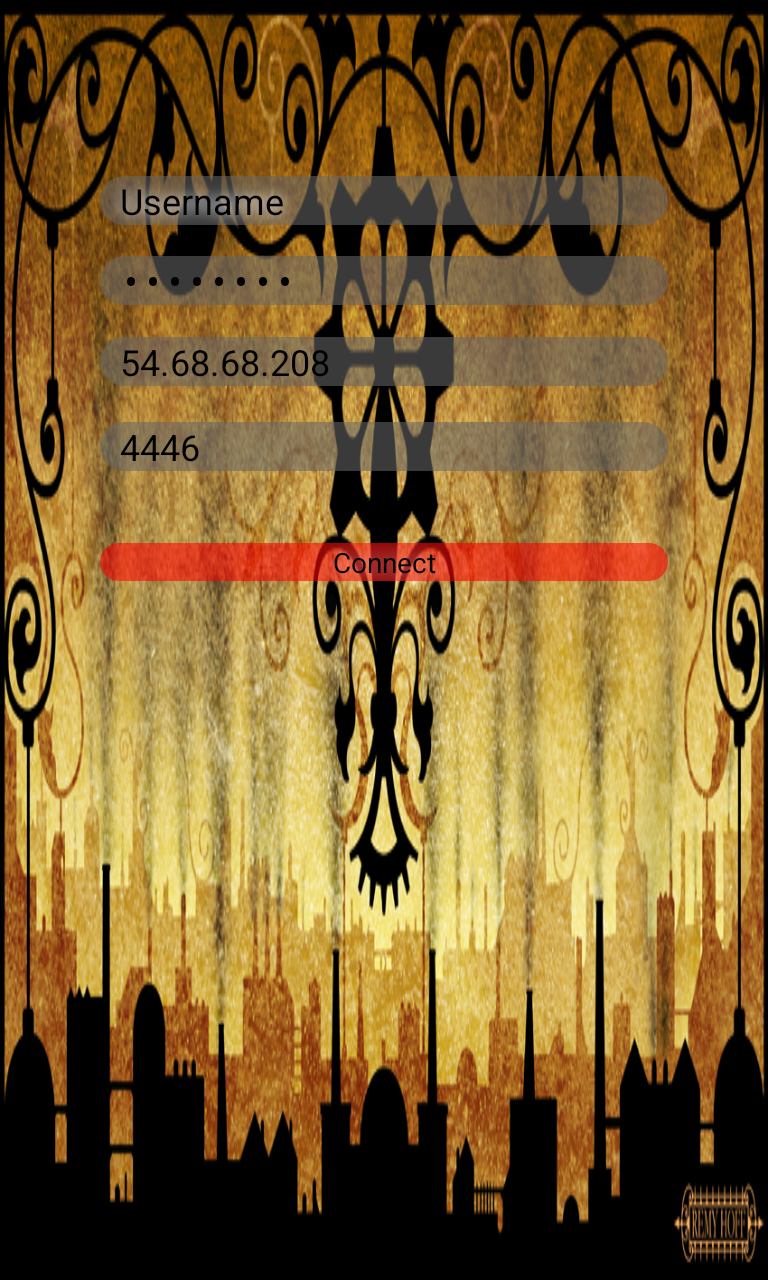
Repository: jkrepps/CSCE-482
Layout: Mobile Client (eclipse)/Industry of Deciet/res/layout/mains.xml
The author's editor kept a copy of each file at every save. The layout is drawn from the files as they stood at one save, then again after the next save.
It is drawn on a 768 x 1280 px phone screen (xhdpi) without system bars, with theme AppTheme; the app's code is not run.

Above is the layout before, as saved 2014-12-03 11:17:58.

After the next save:
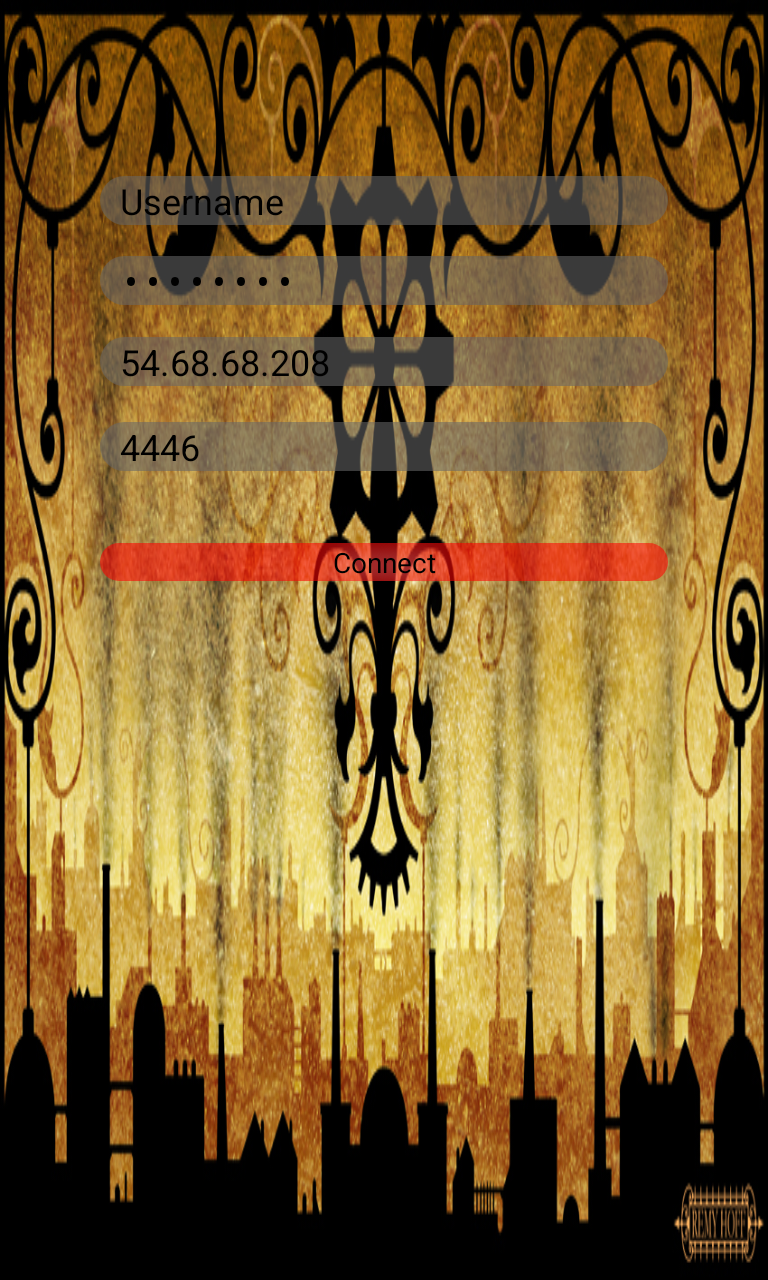
Saved 54 s later.
--- a/Mobile Client (eclipse)/Industry of Deciet/res/layout/mains.xml
+++ b/Mobile Client (eclipse)/Industry of Deciet/res/layout/mains.xml
@@ -93,10 +93,6 @@
             android:layout_marginBottom="40dp"
             android:background="@drawable/roundededittext"
             android:ems="10"
-            android:shadowColor="#FFFFFF"
-            android:shadowDx="0"
-            android:shadowDy="0"
-            android:shadowRadius="10"
             android:inputType="textPersonName"
             android:paddingLeft="10dp"
             android:selectAllOnFocus="true"
